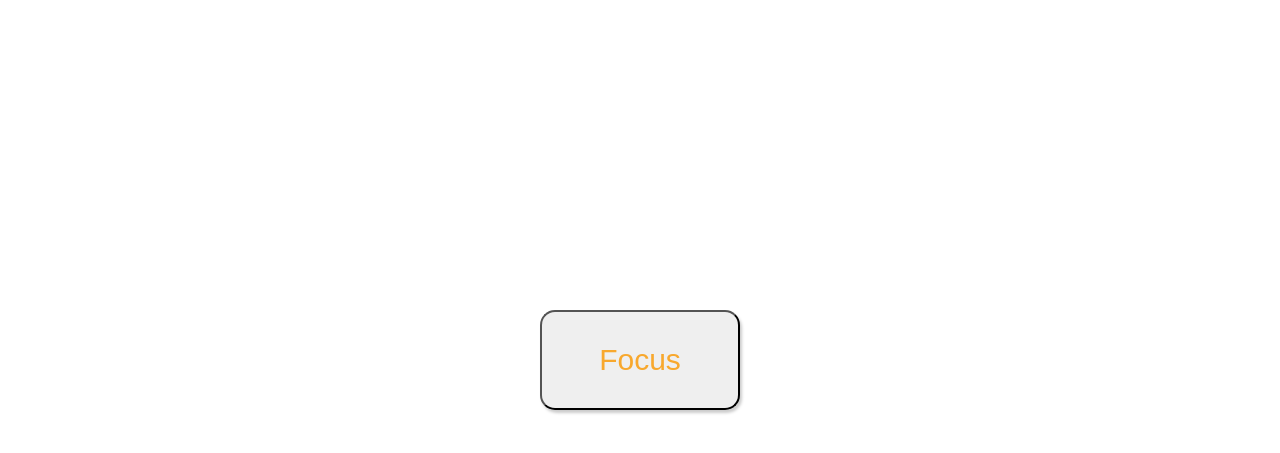
Repository: KrzysKolo/sr_tydzien4_zad5
Page: /
An editor plug-in stored every save of this project. The page is shown before and after the next save, followed by the edit.
The browser window is 1280 px wide. The pictures show the whole page.
The project was rebuilt for these pictures with package versions that can differ from the ones it lists, and the page was loaded fresh each time.

Above is the page before, as saved 2020-12-17 14:41:26.

After the next save:
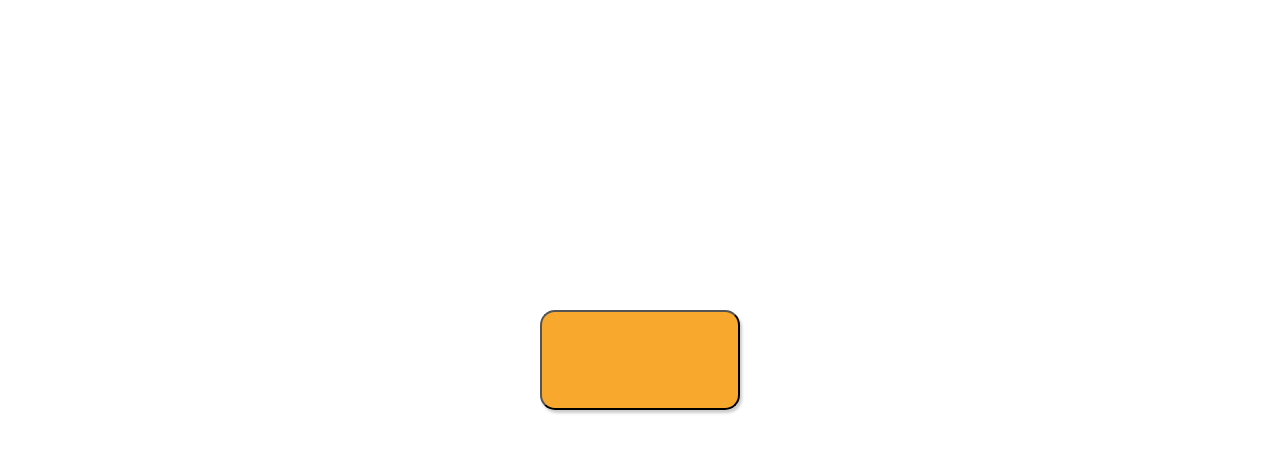
Saved 45 s later.
--- a/src/App.css
+++ b/src/App.css
@@ -7,7 +7,7 @@
   align-items: center;
 }
 .btn {
-  background-color: ;
+  background-color: rgb(248, 168, 45);
   border-radius: 15px;
   box-shadow: 2px 3px 3px #ccc;
   color: rgb(248, 168, 45);
